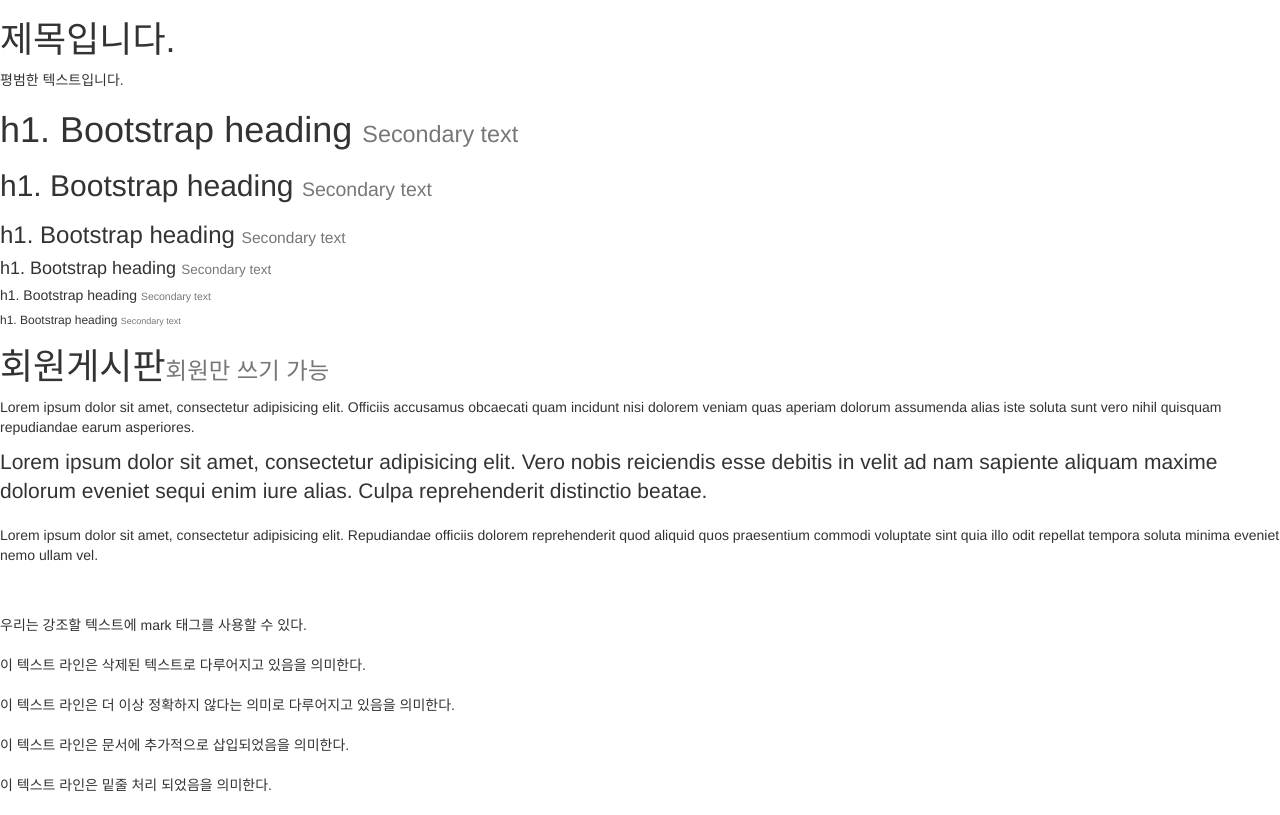
Repository: yhj4130/BootstrapStudy
Page: BootstrapWork/WebContent/BootEx01.html
These files come from the project's save history. The page is drawn as it stood at one moment and after the next save; the edit follows.
The browser window is 1280 px wide. The pictures show the whole page.

Above is the page before, as saved 2019-06-12 01:25:12.

### BootstrapWork/WebContent/BootEx01.html
<!DOCTYPE html>
<html>
<head>
<meta charset="UTF-8">
<title>BootEx01.html</title>

<!-- 부트스트랩 적용 이전과 이후 내용을 비교 확인 -->
<!-- 각 엘리먼트들이 갖는 시각적인 효과 및 여백 정책 -->

<link rel="stylesheet" href="css/bootstrap.css">
<script type="text/javascript" src="js/jquery-3.4.1.min.js"></script>
<script type="text/javascript" src="js/bootstrap.min.js"></script>

</head>
<body>

<h1>제목입니다.</h1>

평범한 텍스트입니다.

<h1>h1. Bootstrap heading <small>Secondary text</small></h1>
<h2>h1. Bootstrap heading <small>Secondary text</small></h2>
<h3>h1. Bootstrap heading <small>Secondary text</small></h3>
<h4>h1. Bootstrap heading <small>Secondary text</small></h4>
<h5>h1. Bootstrap heading <small>Secondary text</small></h5>
<h6>h1. Bootstrap heading <small>Secondary text</small></h6>

<h1>회원게시판<small>회원만 쓰기 가능</small></h1>

<p>Lorem ipsum dolor sit amet, consectetur adipisicing elit. Officiis accusamus obcaecati quam incidunt nisi dolorem veniam quas aperiam dolorum assumenda alias iste soluta sunt vero nihil quisquam repudiandae earum asperiores.</p>
<p class="lead">Lorem ipsum dolor sit amet, consectetur adipisicing elit. Vero nobis reiciendis esse debitis in velit ad nam sapiente aliquam maxime dolorum eveniet sequi enim iure alias. Culpa reprehenderit distinctio beatae.</p>
<p>Lorem ipsum dolor sit amet, consectetur adipisicing elit. Repudiandae officiis dolorem reprehenderit quod aliquid quos praesentium commodi voluptate sint quia illo odit repellat tempora soluta minima eveniet nemo ullam vel.</p>

<br><br>

우리는 강조할 텍스트에 mark 태그를 사용할 수 있다. <br><br>

이 텍스트 라인은 삭제된 텍스트로 다루어지고 있음을 의미한다. <br><br>

이 텍스트 라인은 더 이상 정확하지 않다는 의미로 다루어지고 있음을 의미한다. <br><br>

이 텍스트 라인은 문서에 추가적으로 삽입되었음을 의미한다. <br><br>

이 텍스트 라인은 밑줄 처리 되었음을 의미한다. <br><br>

</body>
</html>

Loaded but not shown: BootstrapWork/WebContent/css/bootstrap.css (library); BootstrapWork/WebContent/js/jquery-3.4.1.min.js (library); BootstrapWork/WebContent/js/bootstrap.min.js (library)

After the next save:
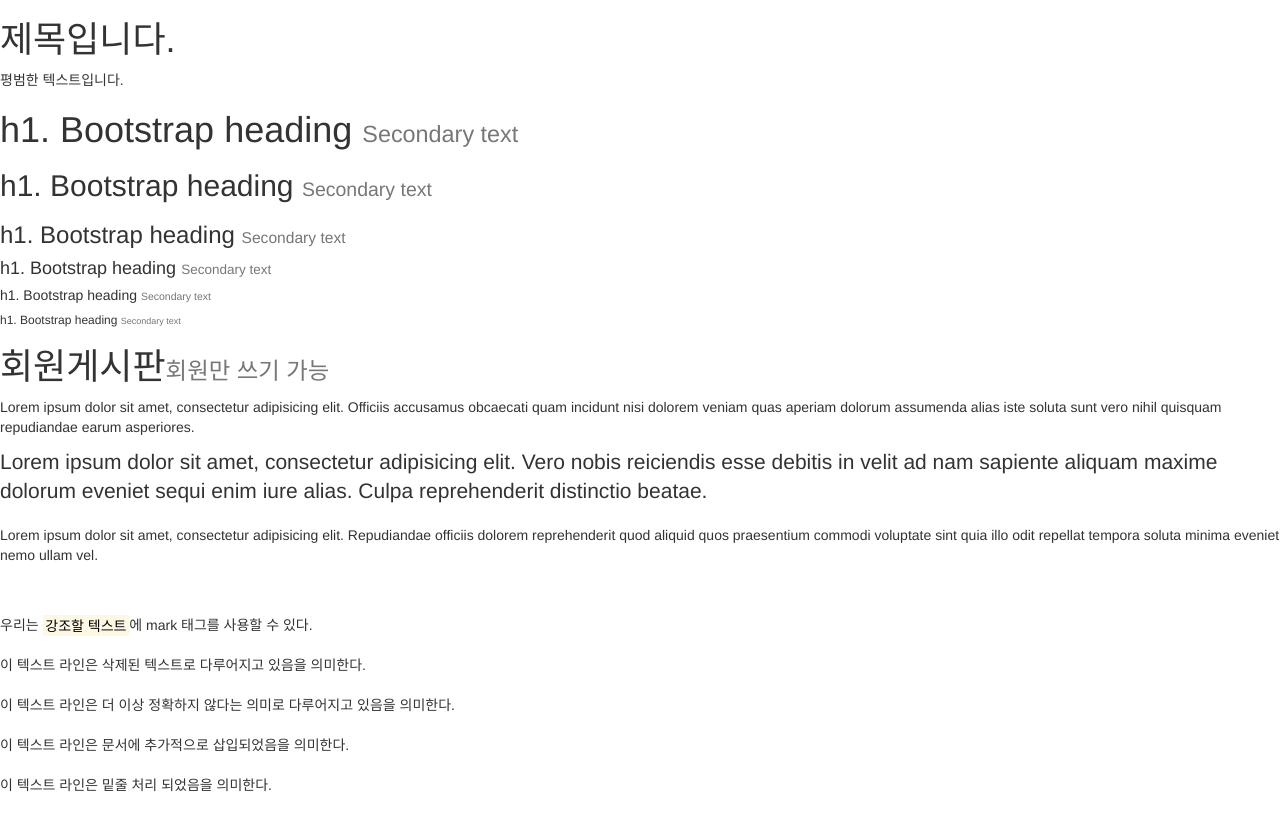
Saved 11 s later.
--- a/BootstrapWork/WebContent/BootEx01.html
+++ b/BootstrapWork/WebContent/BootEx01.html
@@ -33,7 +33,7 @@
 
 <br><br>
 
-우리는 강조할 텍스트에 mark 태그를 사용할 수 있다. <br><br>
+우리는 <mark>강조할 텍스트</mark>에 mark 태그를 사용할 수 있다. <br><br>
 
 이 텍스트 라인은 삭제된 텍스트로 다루어지고 있음을 의미한다. <br><br>
 
